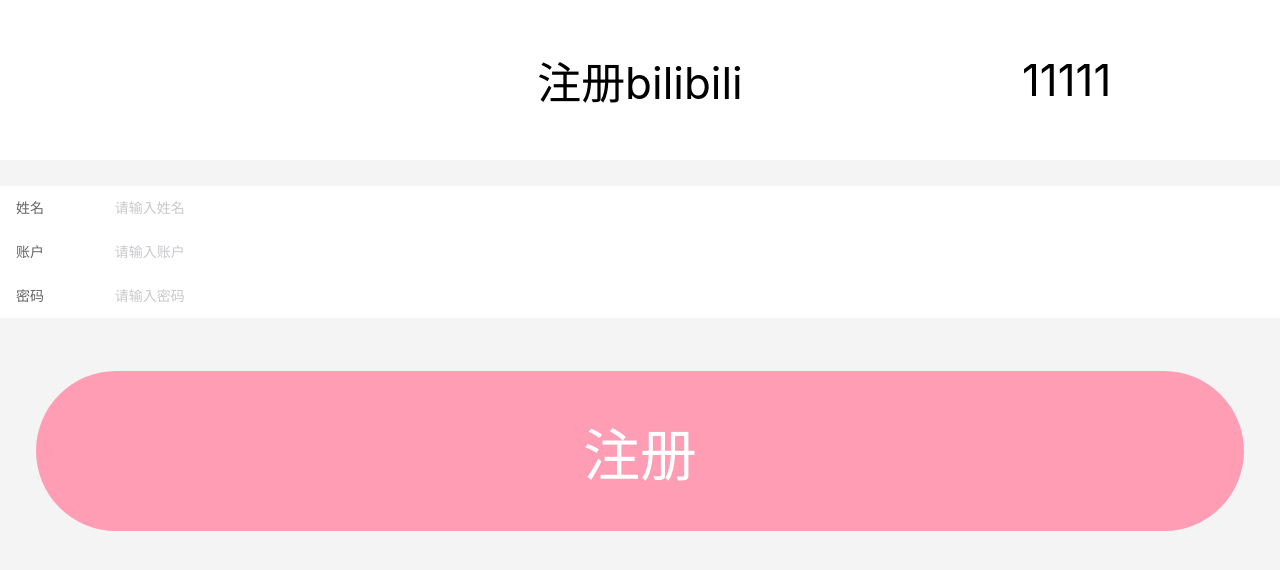
Repository: caiys666/bilibili
Page: /
An editor plug-in stored every save of this project. The page is shown before and after the next save, followed by the edit.
The browser window is 1280 px wide. The pictures show the whole page.
The project was rebuilt for these pictures with package versions that can differ from the ones it lists, and the page was loaded fresh each time. Also part of the build but not shown: src/components/HelloWorld.vue, src/views/Home.vue.

Above is the page before, as saved 2020-10-01 20:31:40.

After the next save:
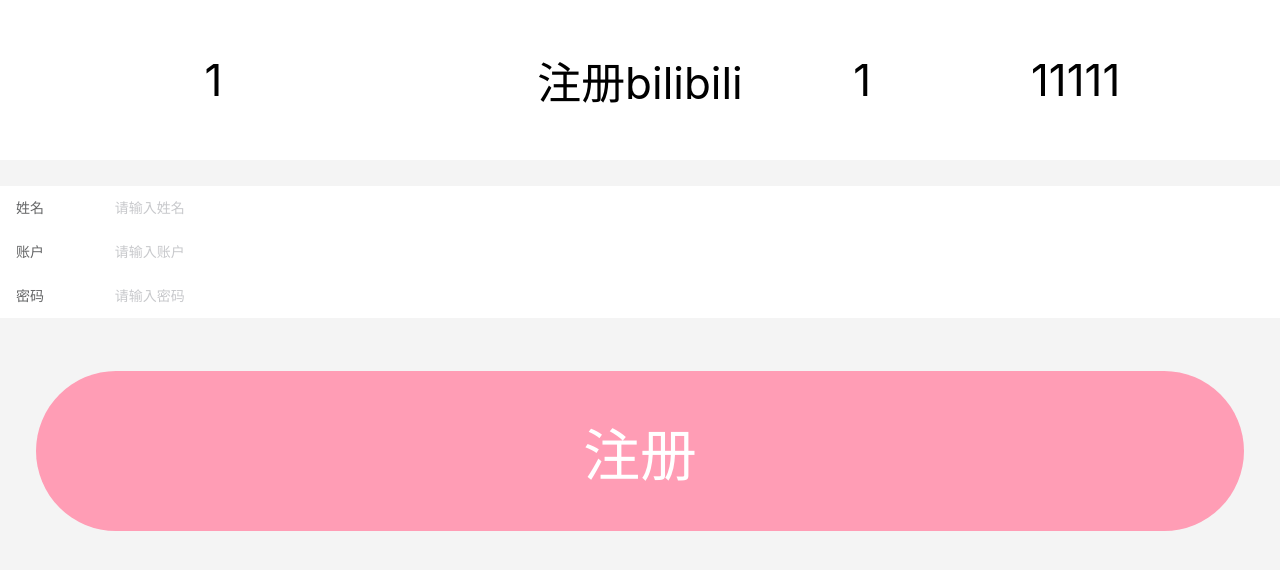
Saved 34 s later.
--- a/src/components/commn/LoginTop.vue
+++ b/src/components/commn/LoginTop.vue
@@ -1,9 +1,9 @@
 <template>
 <div>
     <div class="LoginTop">
-        <div></div>
+        <div>1</div>
         <div>{{middleTop}}</div>
-        <div>
+        <div>1
             <slot name="right"/>
         </div>
     </div>

After the save that followed:
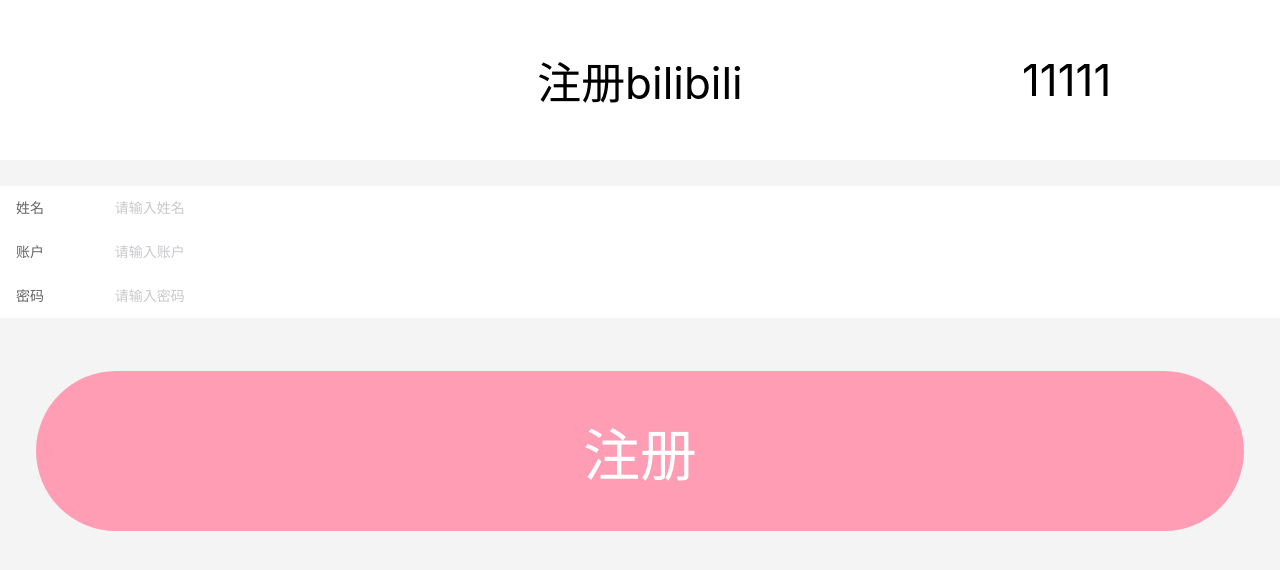
Saved 44 s later.
--- a/src/components/commn/LoginTop.vue
+++ b/src/components/commn/LoginTop.vue
@@ -1,9 +1,9 @@
 <template>
 <div>
     <div class="LoginTop">
-        <div>1</div>
+        <div></div>
         <div>{{middleTop}}</div>
-        <div>1
+        <div>
             <slot name="right"/>
         </div>
     </div>
